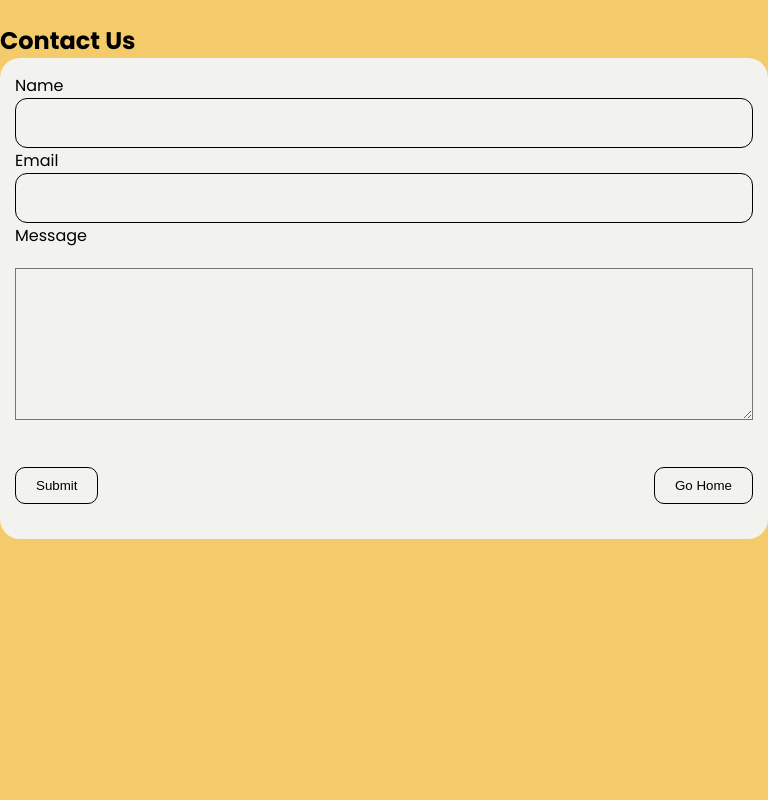
Repository: ble-syn/Random-user-generator-app
Page: /contact
An editor plug-in stored every save of this project. The page is shown before and after the next save, followed by the edit.
The browser window is 768 px wide. The pictures show the whole page.
The project was rebuilt for these pictures with package versions that can differ from the ones it lists, and the page was loaded fresh each time. Also part of the build but not shown: src/components/Navbar.jsx, src/components/pagination.jsx, src/components/User.jsx, src/pages/Home.jsx, src/components/ErrorFallback.jsx, src/pages/About.jsx, src/pages/Vision.jsx, src/pages/Mission.jsx and 1 more.

Above is the page before, as saved 2022-10-28 20:01:55.

After the next save:
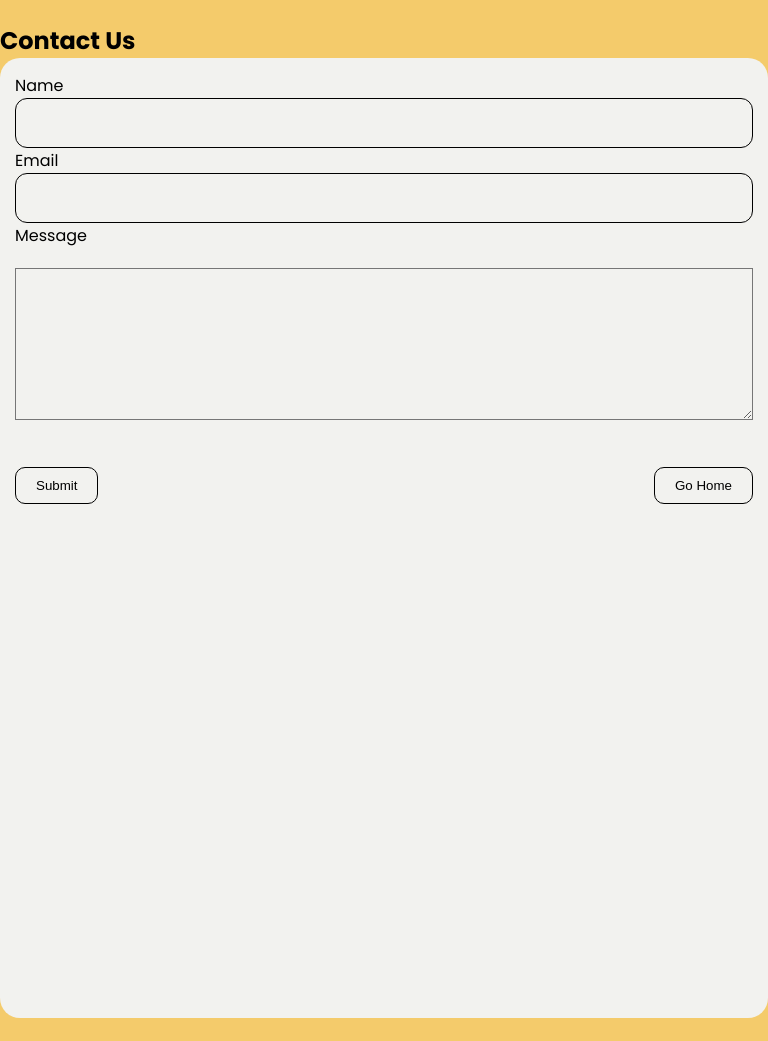
Saved 11 s later.
--- a/src/index.css
+++ b/src/index.css
@@ -209,7 +209,7 @@ textarea {
 
   }
   #right{
-    /* height: 150vh; */
+    height: 120vh;
     margin-left: 0;
     padding: 15px;
 
